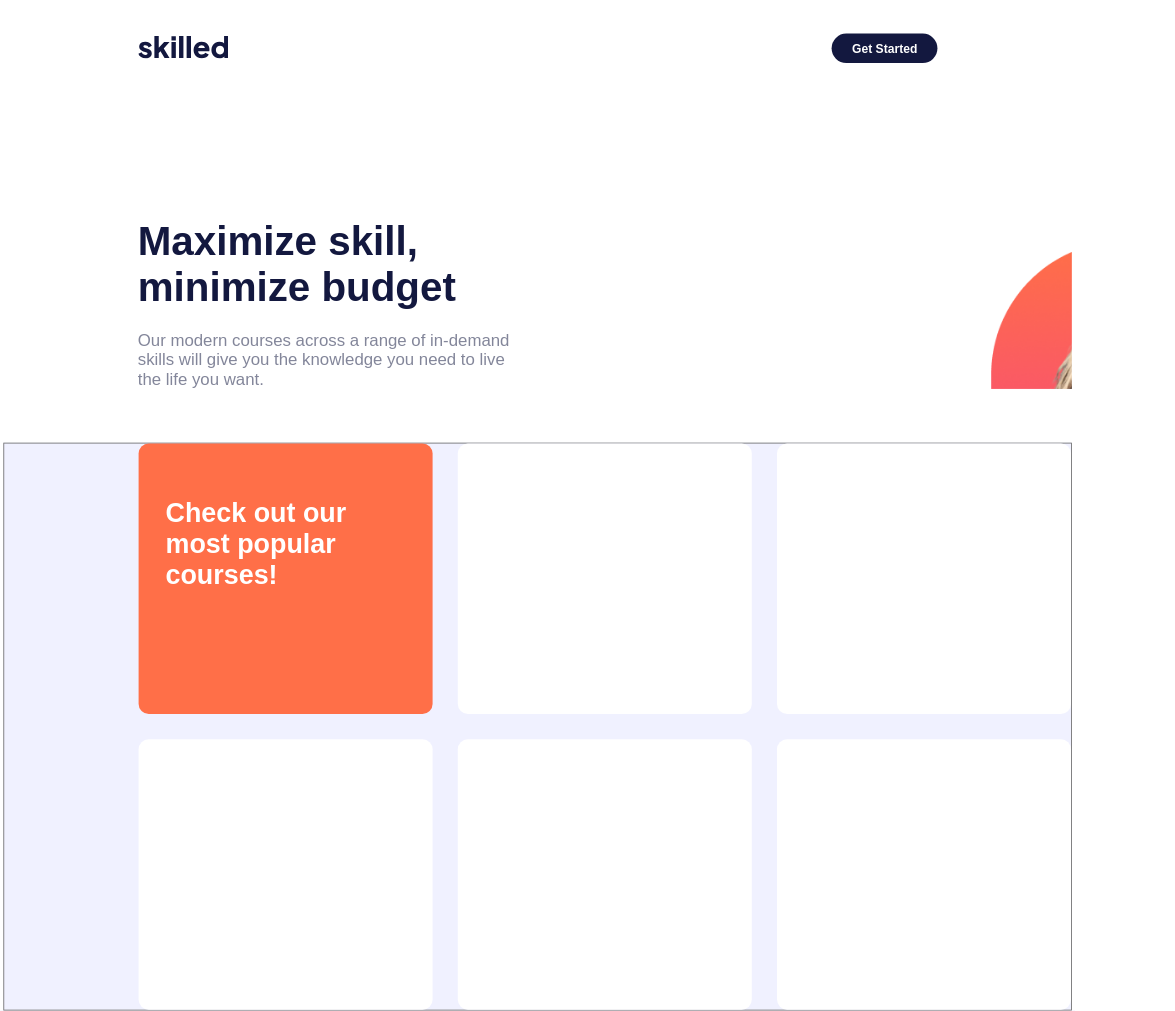
Repository: exe-walt/E-Learning-Landing-Page
Page: index.html
The author's editor kept a copy of each file at every save. The page is drawn from the files as they stood at one save, then again after the next save.
The browser window is 1280 px wide. The page is 1280 px wide, then 1399 px, so the pictures cover 1399 px, including what lies to the right of the window. The pictures show the whole page, at 84% of full size.
Some web fonts or font styles are not loaded; a fallback is used.

Above is the page before, as saved 2025-05-29 12:02:56.

### index.html
<!DOCTYPE html> <!-- Document type declaration for HTML5 -->
<html lang="en">
<head>
  <meta charset="UTF-8"> <!-- Character encoding set to UTF-8 -->
  <meta name="viewport" content="width=device-width, initial-scale=1.0"> <!-- Responsive design meta tag -->
  <title>Skilled E-Learning Page</title> <!-- Page title -->
  <link rel="stylesheet" href="css/style.css"> <!-- Link to external CSS file -->
  <link href="https://fonts.cdnfonts.com/css/plus-jakarta-sans" rel="stylesheet"> <!-- Import custom font -->
</head>
<body>
  <div class="content-container"> <!-- Main content container -->

    <!-- NAVBAR SECTION -->
    <div class="navbar">
      <ul>
        <li id="logo">
          <img src="img/skilled-logo.svg" alt="logo">
        </li>
        <li class="navbar-button">
          <button>Get Started</button> <!-- Call-to-action button -->
        </li>
      </ul>
    </div>

    <!-- HERO SECTION -->
    <div class="hero-section">
      <div class="hero-text">
        <h1>Maximize skill, <br>minimize budget</h1>

        <p>
          Our modern courses across a range of in-demand <br> skills will give you the knowledge you need to live <br> the life you want.
        </p>
      </div>
    </div>

    <!--Popular Courses Cards-->
    <div class="cc"> <!--Courses-Container top-->
      <div class="main-left">
        <p>Check out our <br>most popular <br>courses! </p>
      </div>
      <div class="animation-card"></div>
      <div class="design-card"></div>

      <div class="photography"></div>
      <div class="crypto"></div>
      <div class="business"></div>
    </div>




  </div>

</body>
</html>

### css/style.css
* {
  box-sizing: border-box;
  margin: 0;
  padding: 0;
}

.navbar, .hero-section{
  background-image: url(../img/Group19.png);
}

body {
  font-family: "Plus Jakarta Sans", sans-serif;
  margin: 0;
  display: flex;
  justify-content: center;
  align-items: center;
}

.content-container {
  background-color: #ffffff;
  max-width: 100%;
  width: 80%%;
  height: auto;
  margin: 0 auto;
}

.navbar {
  display: flex;
  justify-content: space-between;
  align-items: center;
  background-color: white;
  margin-left: 10em;
  margin-right: 10em;
  margin-top: 2.5em;
}

.navbar ul {
  display: flex;
  align-items: center;
  justify-content: space-between;
  width: 100%;
  list-style: none;
}

#logo img {
  height: 1.75em;
  width: auto;
}

.navbar-button button {
  background-color: #13183f;
  color: white;
  border: none;
  border-radius: 999px;
  padding: 0.6rem 1.5rem;
  font-weight: 600;
  font-size: 0.9rem;
  cursor: pointer;
  transition: background-color 0.3s ease;
}

.navbar-button button:hover {
  background-color: #666ca3;
}

.hero-section {
  display: flex;
}

.hero-text {
  margin-left: 10em;
  margin-top: 11.5em;
}

.hero-text h1 {
  font-weight: 800; /* ExtraBold */
  font-size: 3rem;
  color: #13183f;
}

.hero-text p {
  font-weight: 400; /* Medium */
  font-size: 1.25rem;
  color: #83869a;
  padding-top: 1.25em;
}

.cc{
  display: grid;
  gap: 10px 20px;
  grid-template-columns: repeat(3, 1fr);
  gap: 30px;
  max-width: 100%;
  width: 100%;
  height: auto;
  border: 1px solid #6d6d6d;
  padding-left: 10em;
  margin-top: 4em;;
  background-color: #F0F1FF; /* apply this gradient (#FFFFFF - #F0F1FF) */ /*Gradient direction is from top to bottom*/
}


.main-left{
  width: 350px;
  height: 322px;
  border-radius: 12px;
  background: #FF6F48; /* apply this gradient (#FF6F48 - F02AA6) */
}

.main-left p{
  font-size: 2em;
  font-weight: bolder;
  color: white;
  padding-top: 64px;
  padding-left: 32px;
  padding-right: 32px;
  padding-bottom: 138px;
  justify-content: center;
}

.animation-card, .design-card, .photography, .crypto, .business{
  width: 350px;
  height: 322px;
  border-radius: 12px;
  background:#ffffff;
}

After the next save:
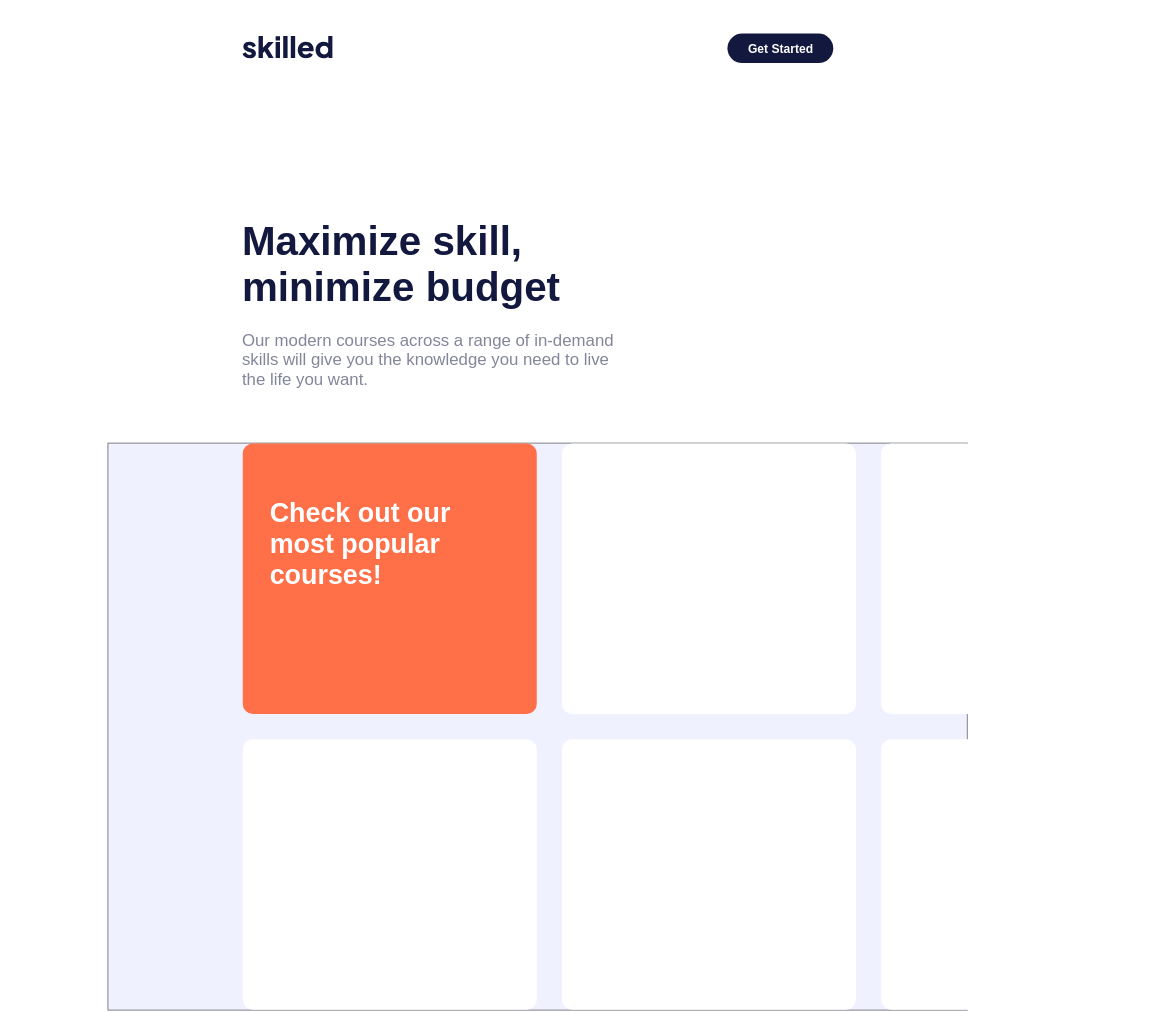
Saved 4 s later.
--- a/css/style.css
+++ b/css/style.css
@@ -19,7 +19,7 @@ body {
 .content-container {
   background-color: #ffffff;
   max-width: 100%;
-  width: 80%%;
+  width: 80%;
   height: auto;
   margin: 0 auto;
 }
